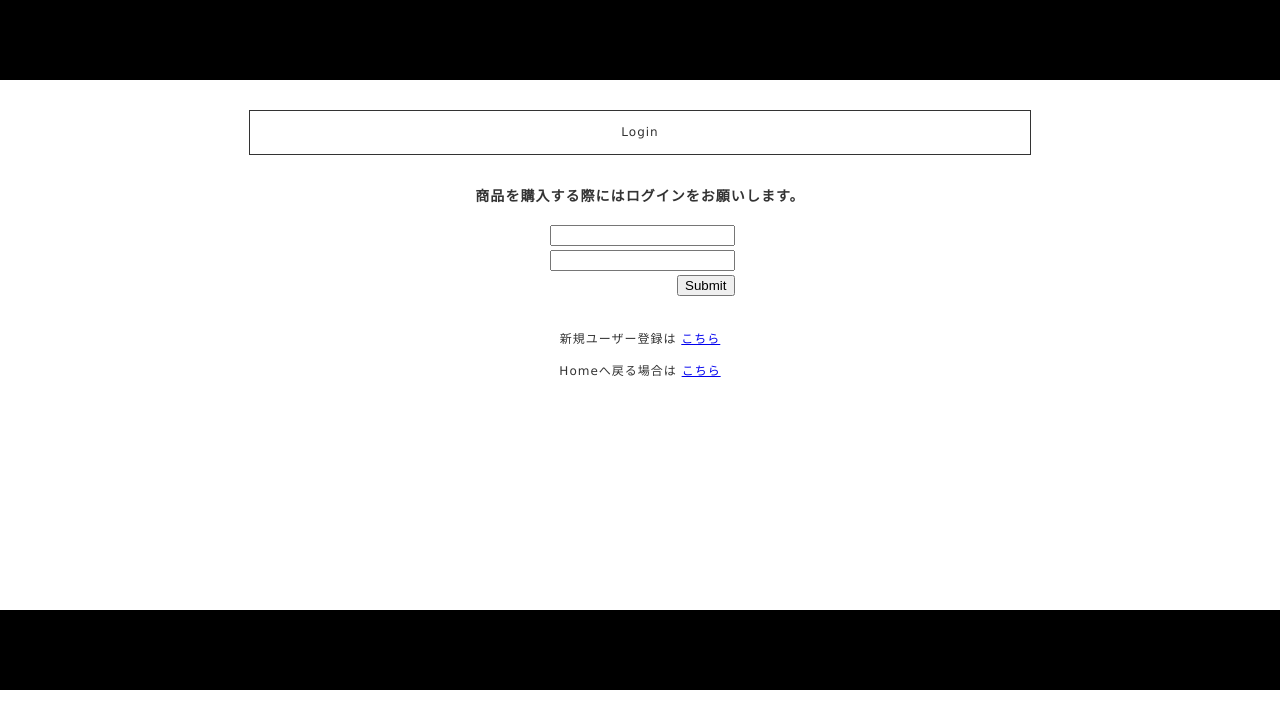
Repository: risalarson/test
Page: http://localhost/ecsite/HomeAction.action
These files come from the project's save history. The page is drawn as it stood at one moment and after the next save; the edit follows.
The browser window is 1280 px wide. The pictures show the whole page.
The page is served by Tomcat 9.

Above is the page before, as saved 2019-04-22 05:04:03.

After the next save:
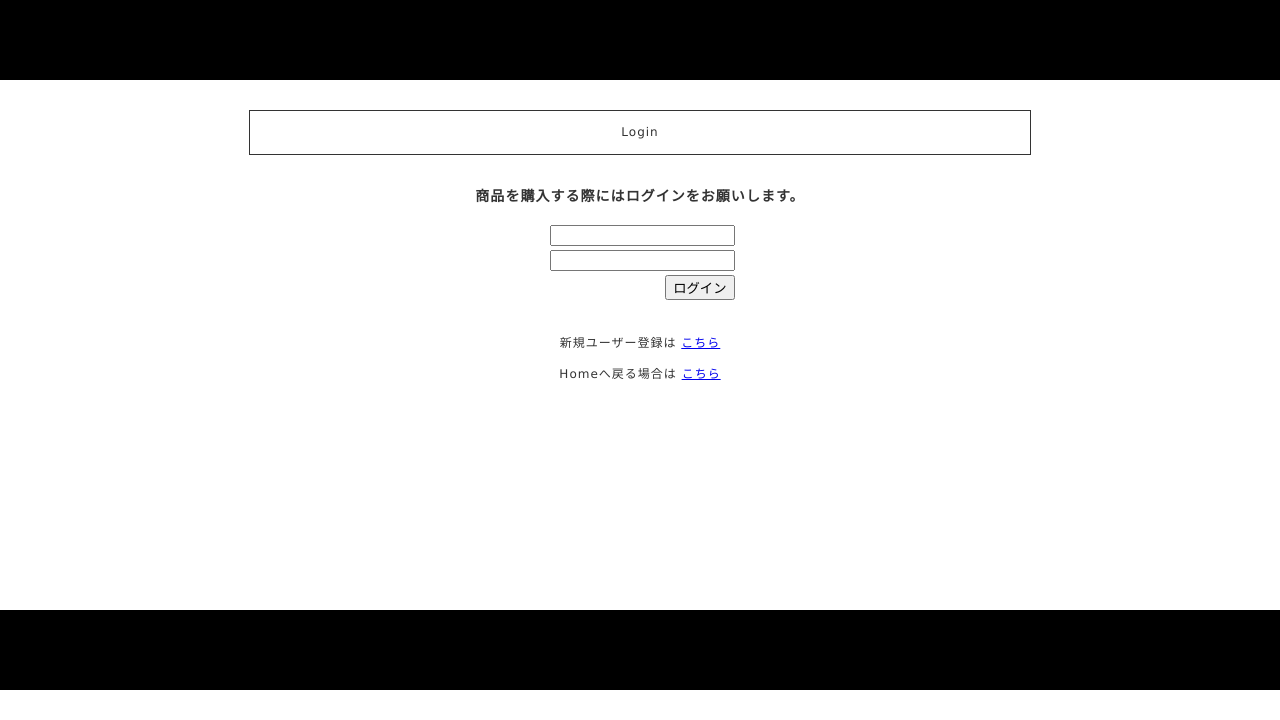
Saved 22 min 19 s later.
--- a/ecsite/WebContent/login.jsp
+++ b/ecsite/WebContent/login.jsp
@@ -69,7 +69,7 @@ text-align:center;
 <s:form action="LoginAction">
 <s:textfield name="loginUserId"/>
 <s:password name="loginPassword"/>
-<s:submit name="ログイン"/>
+<s:submit value="ログイン"/>
 </s:form>
 <br/>
 <div id="text-link">
